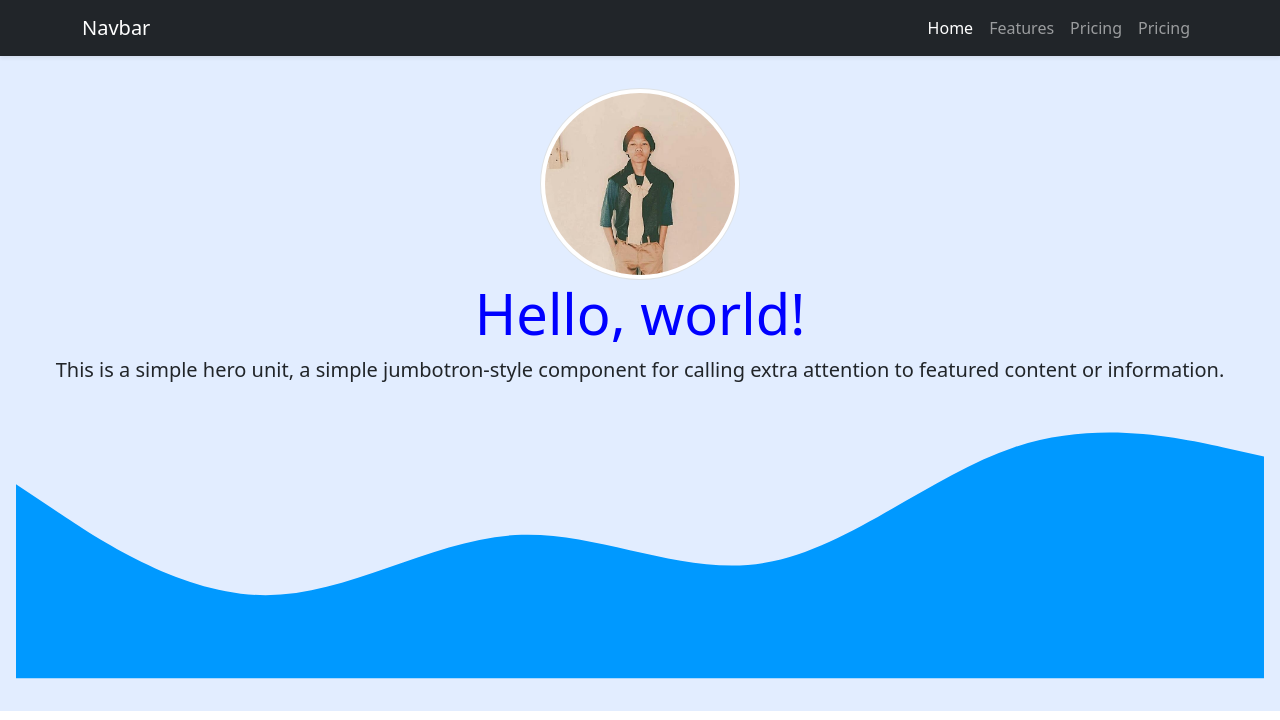
Repository: Novemberdad/gemilangtech.github.io
Page: index.html
These files come from the project's save history. The page is drawn as it stood at one moment and after the next save; the edit follows.
The browser window is 1280 px wide. The pictures show the whole page.

Above is the page before, as saved 2021-07-20 23:42:56.

### index.html
<!DOCTYPE html>
<html lang="en">

<head>
    <!-- Required meta tags -->
    <meta charset="utf-8" />
    <meta name="viewport" content="width=device-width, initial-scale=1" />

    <!-- Bootstrap CSS -->
    <link href="https://cdn.jsdelivr.net/npm/bootstrap@5.0.2/dist/css/bootstrap.min.css" rel="stylesheet" integrity="sha384-EVSTQN3/azprG1Anm3QDgpJLIm9Nao0Yz1ztcQTwFspd3yD65VohhpuuCOmLASjC" crossorigin="anonymous" />

    <!--My CSS-->
    <link rel="stylesheet" href="style.css" />
    <title>My Portofoliio</title>
    <style>
        h1 {
            text-align: center;
            color: blue;
        }
    </style>
</head>

<body>
    <!--NAVBAR-->
    <nav class="navbar navbar-expand-lg navbar-dark bg-dark shadow-sm">
        <div class="container">
            <a class="navbar-brand" href="#">Navbar</a>
            <button class="navbar-toggler" type="button" data-bs-toggle="collapse" data-bs-target="#navbarNav" aria-controls="navbarNav" aria-expanded="false" aria-label="Toggle navigation">
          <span class="navbar-toggler-icon"></span>
        </button>
            <div class="collapse navbar-collapse" id="navbarNav">
                <ul class="navbar-nav ms-auto">
                    <li class="nav-item">
                        <a class="nav-link active" aria-current="page" href="#">Home</a>
                    </li>
                    <li class="nav-item">
                        <a class="nav-link" href="#">Features</a>
                    </li>
                    <li class="nav-item">
                        <a class="nav-link" href="#">Pricing</a>
                    </li>
                    <li class="nav-item">
                        <a class="nav-link" href="#">Pricing</a>
                    </li>
                </ul>
            </div>
        </div>
    </nav>
    <!--AKHIR NAVBAR-->

    <!--jumbortron-->
    <section class="jumbotron text-center">
        <img src="image/logo.jpg" alt="logo" width="200" class="rounded-circle img-thumbnail" />
        <h1 class="display-4">Hello, world!</h1>
        <p class="lead">This is a simple hero unit, a simple jumbotron-style component for calling extra attention to featured content or information.</p>
        <svg xmlns="http://www.w3.org/2000/svg" viewBox="0 0 1440 320">
        <path
          fill="#0099ff"
          fill-opacity="1"
          d="M0,96L48,128C96,160,192,224,288,224C384,224,480,160,576,154.7C672,149,768,203,864,186.7C960,171,1056,85,1152,53.3C1248,21,1344,43,1392,53.3L1440,64L1440,320L1392,320C1344,320,1248,320,1152,320C1056,320,960,320,864,320C768,320,672,320,576,320C480,320,384,320,288,320C192,320,96,320,48,320L0,320Z"
        ></path>
      </svg>
    </section>
    <!--akhir jumbotron-->
    <script src="https://cdn.jsdelivr.net/npm/bootstrap@5.0.2/dist/js/bootstrap.bundle.min.js" integrity="sha384-MrcW6ZMFYlzcLA8Nl+NtUVF0sA7MsXsP1UyJoMp4YLEuNSfAP+JcXn/tWtIaxVXM" crossorigin="anonymous"></script>

    <!-- Option 2: Separate Popper and Bootstrap JS -->
    <!--
    <script src="https://cdn.jsdelivr.net/npm/@popperjs/core@2.9.2/dist/umd/popper.min.js" integrity="sha384-IQsoLXl5PILFhosVNubq5LC7Qb9DXgDA9i+tQ8Zj3iwWAwPtgFTxbJ8NT4GN1R8p" crossorigin="anonymous"></script>
    <script src="https://cdn.jsdelivr.net/npm/bootstrap@5.0.2/dist/js/bootstrap.min.js" integrity="sha384-cVKIPhGWiC2Al4u+LWgxfKTRIcfu0JTxR+EQDz/bgldoEyl4H0zUF0QKbrJ0EcQF" crossorigin="anonymous"></script>
    -->
</body>

</html>

### style.css
.jumbotron {
    padding: 2rem 1rem;
    background-color: #e2edff;
}

After the next save:
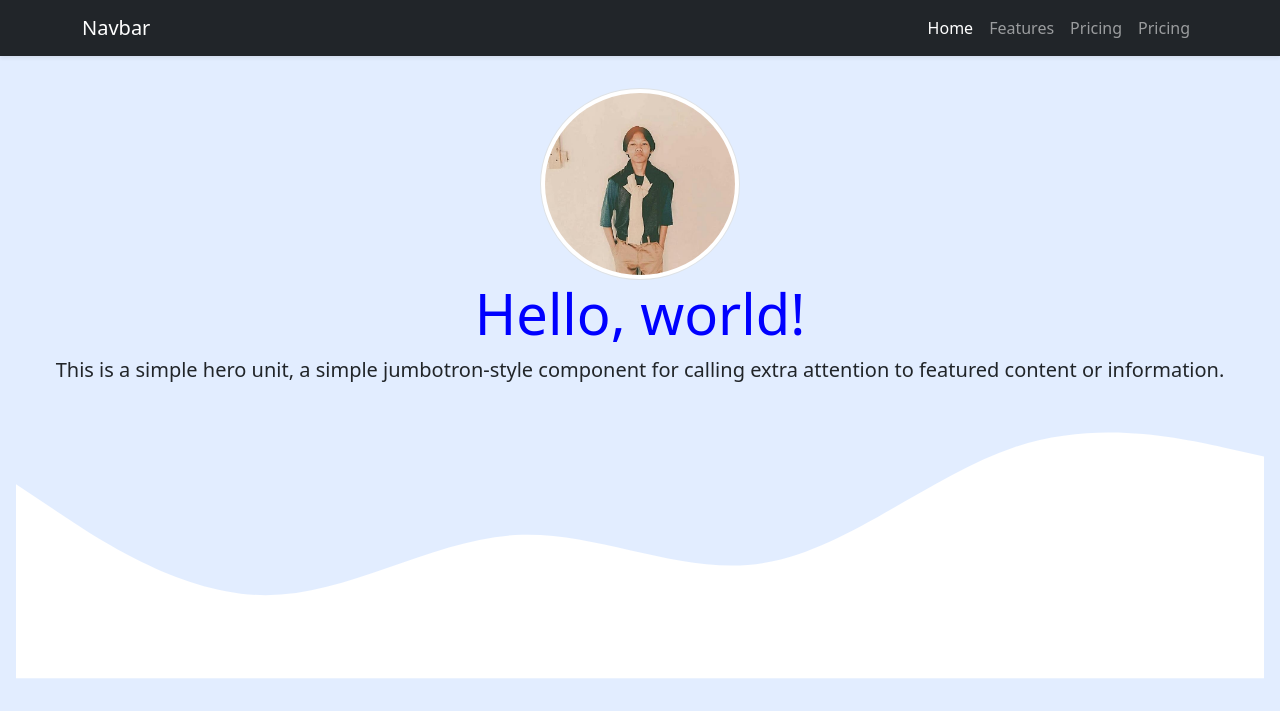
Saved 55 s later.
--- a/index.html
+++ b/index.html
@@ -55,7 +55,7 @@
         <p class="lead">This is a simple hero unit, a simple jumbotron-style component for calling extra attention to featured content or information.</p>
         <svg xmlns="http://www.w3.org/2000/svg" viewBox="0 0 1440 320">
         <path
-          fill="#0099ff"
+          fill="#ffffff"
           fill-opacity="1"
           d="M0,96L48,128C96,160,192,224,288,224C384,224,480,160,576,154.7C672,149,768,203,864,186.7C960,171,1056,85,1152,53.3C1248,21,1344,43,1392,53.3L1440,64L1440,320L1392,320C1344,320,1248,320,1152,320C1056,320,960,320,864,320C768,320,672,320,576,320C480,320,384,320,288,320C192,320,96,320,48,320L0,320Z"
         ></path>
